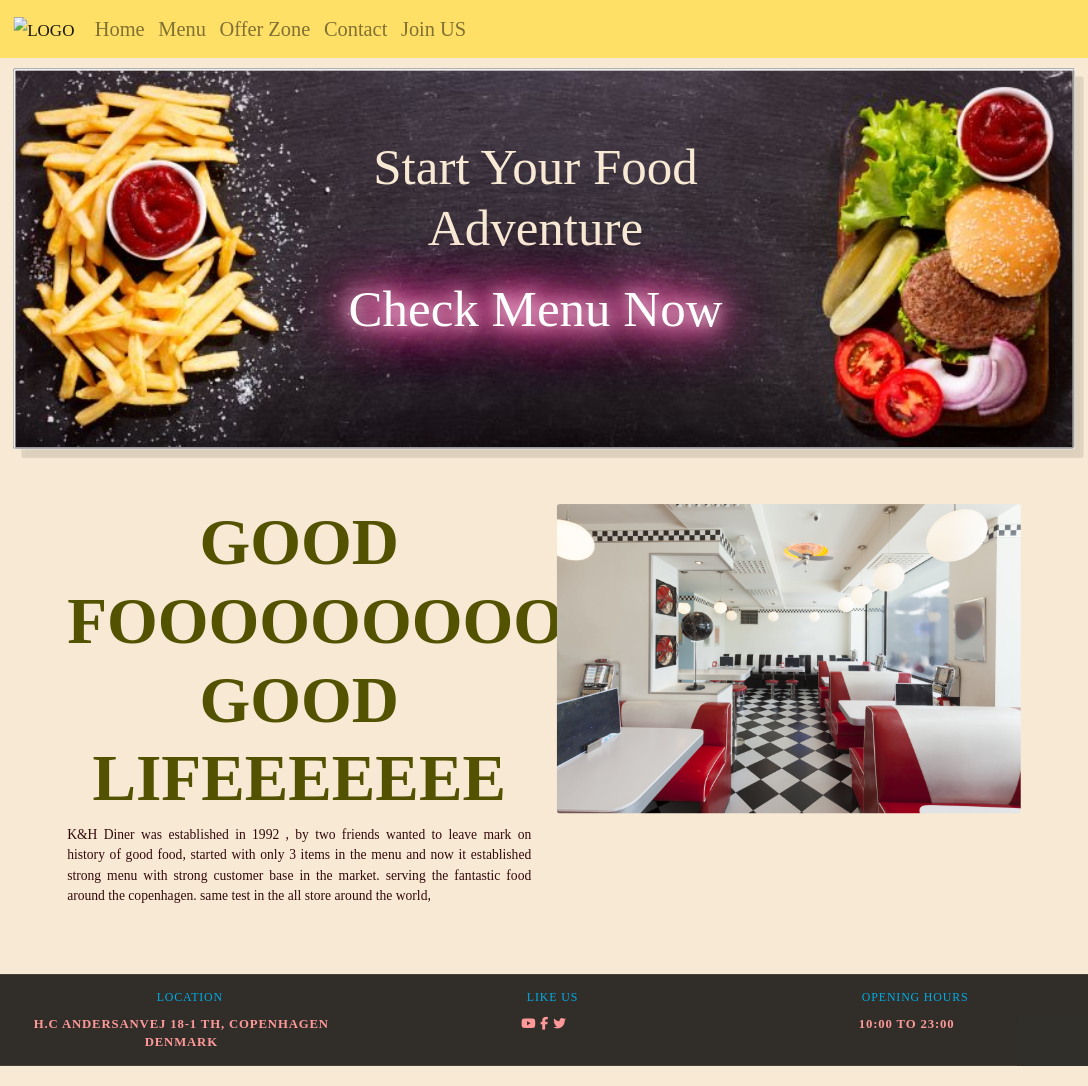
Repository: HMTRIVEDI/project-one
Page: index.html
The author's editor kept a record of every edit. The page is drawn from the files as they stood at one moment, then again after the next edit.
The browser window is 1280 px wide. The pictures show the whole page, at 85% of full size.
Some web fonts or font styles are not loaded; a fallback is used. Some web libraries are served in a nearby version.

Above is the page before.

After the next edit:
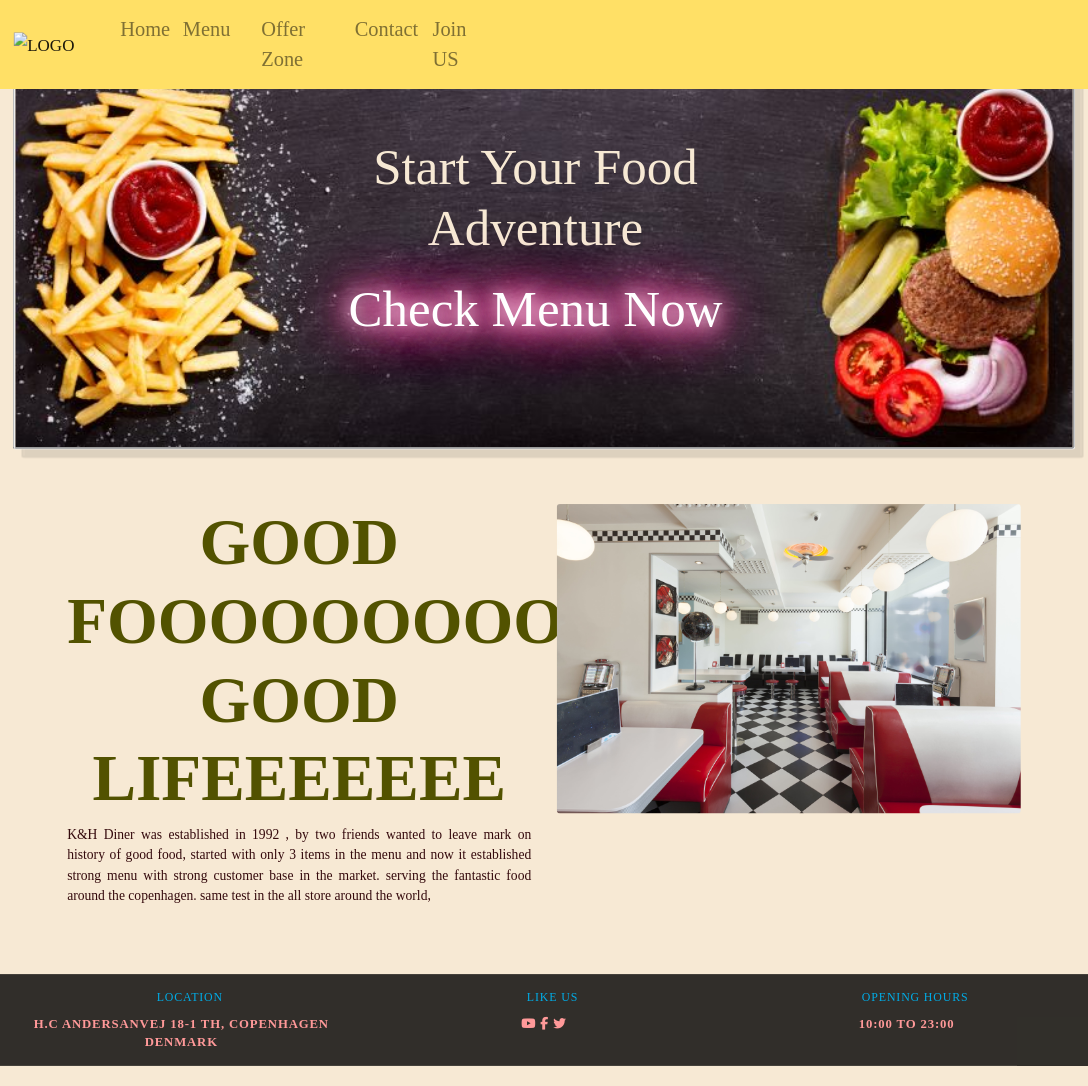
The edit:
--- a/assets/style.css
+++ b/assets/style.css
@@ -35,7 +35,7 @@
 
 
 .nav-link {width: auto;
-    margin-left: 0%;
+    margin-left: 40%;
     font-weight: 100;
     border-radius: 30px;
     font-size: 1.5rem;
